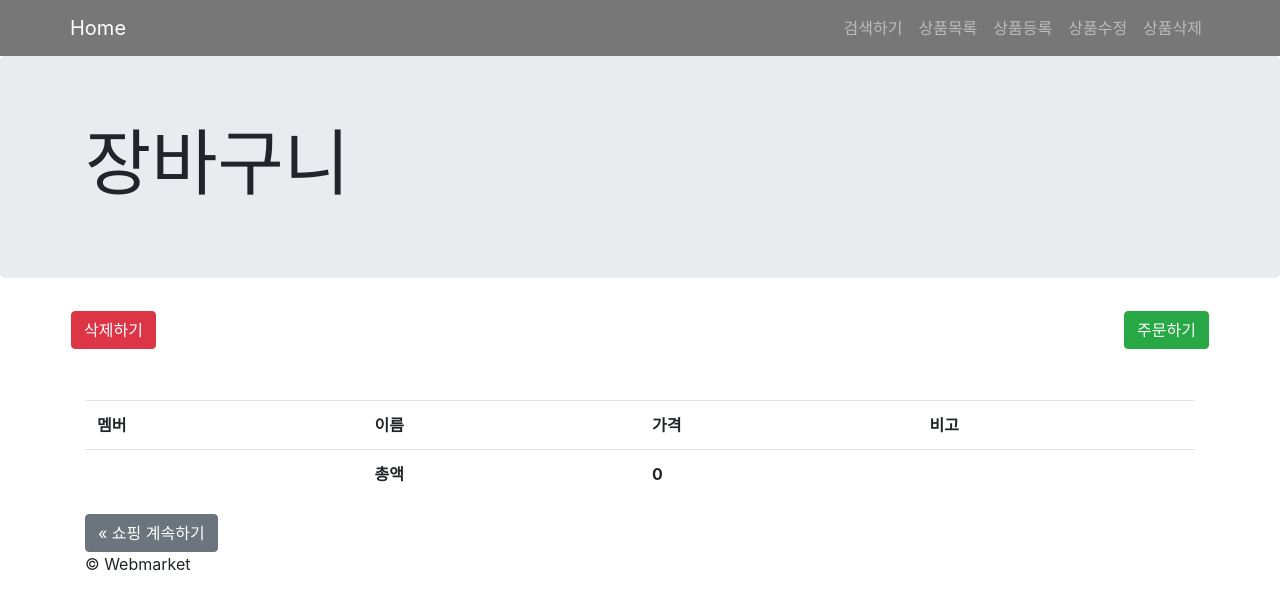
Repository: akwls/PokaPoki
Page: http://localhost/PokaPoki/cart.jsp?cartId=4F56F77D48185B8D10EDCE748C4D733A
The author's editor kept a copy of each file at every save. The page is drawn from the files as they stood at one save, then again after the next save.
The browser window is 1280 px wide. The pictures show the whole page.
The page is served by Tomcat 9. Other server files are loaded and not shown.

Above is the page before, as saved 2021-12-05 11:51:15.

### PokaPoki/WebContent/cart.jsp
<%@ page language="java" contentType="text/html; charset=UTF-8"
    pageEncoding="UTF-8"%>
<%@page import="dto.Product" %>
<%@page import="java.util.ArrayList" %>
<!DOCTYPE html>
<html>
<head>
<meta charset="UTF-8">
<link rel="stylesheet" href="./resources/css/bootstrap.min.css" />
<%
	String cartId = session.getId();
%>
<title>장바구니</title>
</head>
<body>

	<jsp:include page="menu.jsp" />
	<div class="jumbotron">
		<div class="container">
			<h1 class="display-3">장바구니</h1>
		</div>
	</div>
	<div class="container">
		<div class="row">
			<table width="100%">
				<tr>
					<td align="left">
						<a href="./deleteCart.jsp?cartId=<%= cartId %>" class="btn btn-danger">삭제하기</a>
					</td>
					<td align="right">
						<a href="./shippingInfo.jsp?cartId=<%=cartId %>" class="btn btn-success">주문하기</a>
					</td>
				</tr>
			</table>
		</div>
		<div style="padding-top : 50px">
			<table class="table table-hover">
				<tr>
					<th>멤버</th>
					<th>이름</th>
					<th>가격</th>
					<th>비고</th>
				</tr>
				<%
					int sum = 0;
					ArrayList<Product> cartList = (ArrayList<Product>)session.getAttribute("cartlist");
					if(cartList == null) {
						cartList = new ArrayList<Product>();
					}
					for(int i=0; i<cartList.size(); i++) {
						// 상품 리스트 하나씩 출력하기
						Product product = cartList.get(i);
						int total = product.getUnitPrice();
						sum = sum + total;
				%>
				<tr>
					<td><%= product.getpGroup() %> <%= product.getpMember() %></td>
					<td><%= product.getDescription() %></td>
					<td><%= product.getUnitPrice() %> </td>
					<td><%= product.getCategory() %></td>
					<td><a href="./removeCart.jsp?id=<%= product.getProductId()%>" class="badge badge-danger">삭제</a></td>
				</tr>
				<%
					}
				%>
				<tr>
					<th></th>
					<th>총액</th>
					<th><%= sum %></th>
					<th></th>
				</tr>
			</table>
			<a href="./Products.jsp" class="btn btn-secondary">&laquo; 쇼핑 계속하기</a>
		</div>
	</div>
	<jsp:include page="footer.jsp" />
</body>
</html>

### PokaPoki/WebContent/menu.jsp
<%@ page contentType="text/html; charset=utf-8" %>
<nav class="navbar navbar-expand navbar-dark" style="background-color: #777777;">
	<div class="container" >
		<div class="navbar-header">
			<a class="navbar-brand" href="./Welcome.jsp">Home</a>
		</div>
		<div>
			<ul class="navbar-nav mr-auto">
				<li class="nav-itm">
					<a class="nav-link" href="./search.jsp">검색하기</a>
				</li>
				<li class="nav-itm">
					<a class="nav-link" href="./Products.jsp">상품목록</a>
				</li>
				<li class="nav-itm">
					<a class="nav-link" href="./addProduct.jsp">상품등록</a>
				</li>
				<li class="nav-itm">
					<a class="nav-link" href="./editProduct.jsp?edit=update">상품수정</a>
				</li>
				<li class="nav-itm">
					<a class="nav-link" href="./editProduct.jsp?edit=delete">상품삭제</a>
				</li>
			</ul>
		</div>
	</div>
</nav>

### PokaPoki/WebContent/footer.jsp
<footer class="container">
	<p>&copy; Webmarket</p>
</footer>

Loaded but not shown: PokaPoki/WebContent/resources/css/bootstrap.min.css (library)

After the next save:
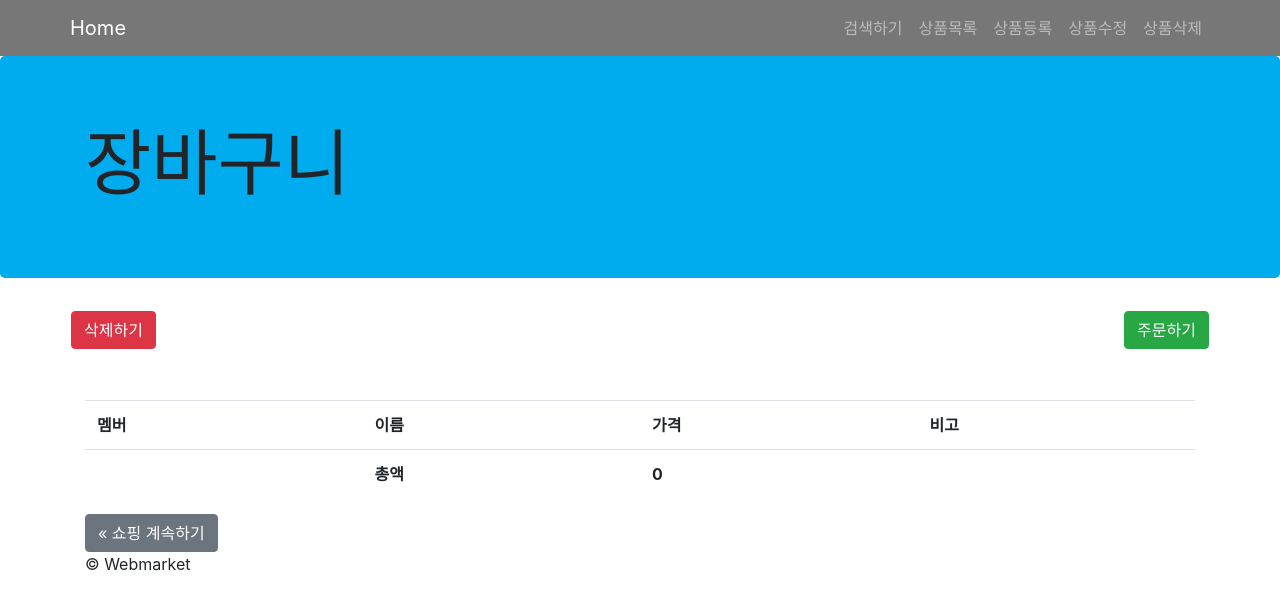
Saved 6 s later.
--- a/PokaPoki/WebContent/cart.jsp
+++ b/PokaPoki/WebContent/cart.jsp
@@ -15,7 +15,7 @@
 <body>
 
 	<jsp:include page="menu.jsp" />
-	<div class="jumbotron">
+	<div class="jumbotron" style="background-color: #00acee;">
 		<div class="container">
 			<h1 class="display-3">장바구니</h1>
 		</div>
